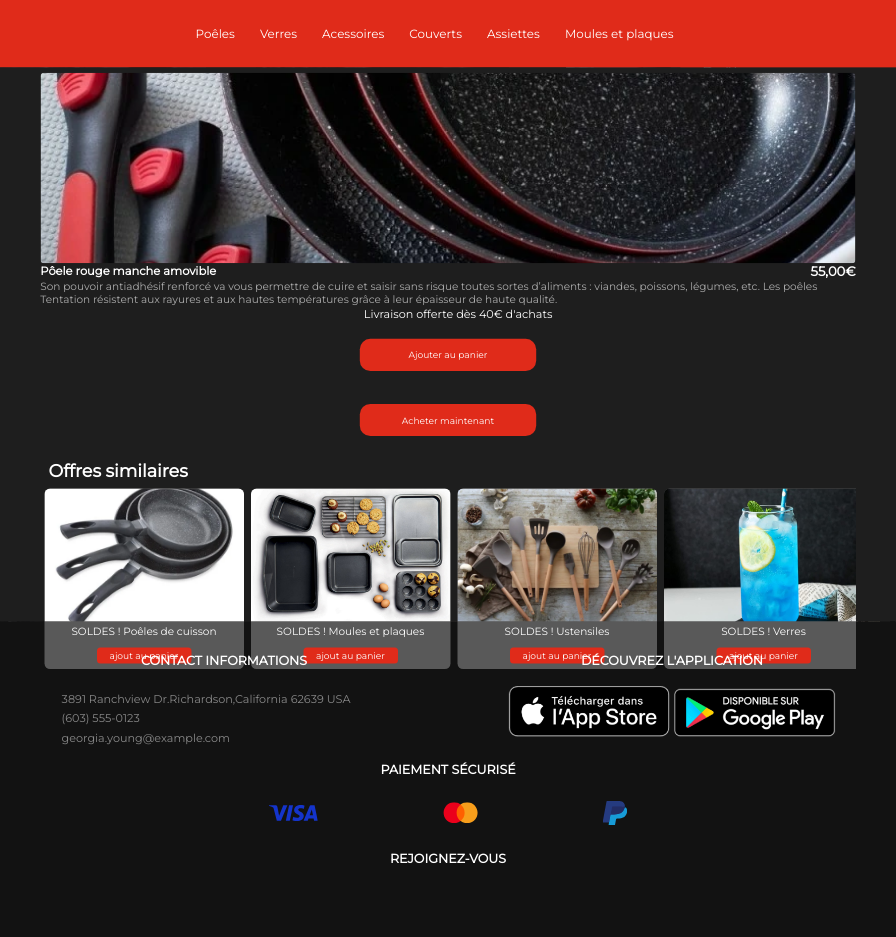
Repository: Juannpl/Luxury-Kicthen
Page: html/page_produits.html
An editor plug-in stored every save of this project. The page is shown before and after the next save, followed by the edit.
The browser window is 1280 px wide. The pictures show the whole page, at 70% of full size.
Some icons come from a web library that is not loaded, so they are not drawn.

Above is the page before, as saved 2023-02-16 10:37:16.

### html/page_produits.html
<!DOCTYPE html>
<html lang="fr">

<head>
    <meta charset="UTF-8">
    <meta http-equiv="X-UA-Compatible" content="IE=edge">
    <meta name="viewport" content="width=device-width, initial-scale=1.0">

    <link rel="stylesheet" href="../css/page_produits.css">
    <script src="https://unpkg.com/boxicons@2.1.4/dist/boxicons.js"></script>

    <title>Mon Panier</title>
</head>

<body>
    <header class="header">
        <nav class="nav_container row">
            <div class="logo">
                <p>LUXURY KITCHEN</p>
                <box-icon name='chevron-left' type='solid' color='#ffffff' size="lg"></box-icon>
            </div>
            <div class="barre_categorie">
                <ul class="row">
                    <li><a href="#">Poêles</a></li>
                    <li><a href="#">Verres</a></li>
                    <li><a href="#">Acessoires</a></li>
                    <li><a href="#">Couverts</a></li>
                    <li><a href="#">Assiettes</a></li>
                    <li><a href="#">Moules et plaques</a></li>
                </ul>
            </div>
            <div class="nav_list">
                <ul class="row">
                    <li class="items_list">
                        <box-icon name='shopping-bag' color='#ffffff' size='1.7rem'></box-icon>
                    </li>
                    <li class="items_list">
                        <box-icon name='user-circle' type='solid' color='#ffffff' size='1.7rem'></box-icon>
                    </li>
                    <a id="openBtn">
                        <li class="items_list">
                            <box-icon name='menu' color='#ffffff' size=2.2rem></box-icon>
                        </li>
                    </a>
                </ul>
            </div>
        </nav>
        <div id="transparent"></div>
        <section id="barre_categorie_mobile">
            <div id="closeBtn">
                <box-icon name='x' color='#ffffff' size='3rem'></box-icon>
            </div>
            <div class="nav_contents row">
                <div>
                    <ul class="row">
                        <li><a href="#">Poêles</a></li>
                        <li><a href="#">Verres</a></li>
                        <li><a href="#">Acessoires</a></li>
                        <li><a href="#">Couverts</a></li>
                        <li><a href="#">Assiettes</a></li>
                        <li><a href="#">Moules et plaques</a></li>
                    </ul>
                </div>
                <div>
                    <p class="opacityy">
                        Devenez membre pour accéder au meilleur des produits.
                    </p>
                </div>
                <div>
                    <button type="button" class="btn-black">Nous rejoindre</button>
                </div>
                <div>
                    <button type="button" class="btn-clear">S'identifier</button>
                </div>
                <div class="items">
                    <div class="roww">
                        <box-icon name='shopping-bag' color='#ffffff' size='1.7rem'></box-icon>
                        <p>Panier</p>
                    </div>
                    <div class="roww">
                        <box-icon type='solid' name='package' color='#ffffff' size='1.7rem'></box-icon>
                        <p>Commande</p>
                    </div>
                    <div class="roww">
                        <box-icon name='user-circle' type='solid' color='#ffffff' size='1.7rem'></box-icon>
                        <p>Mon profil</p>
                    </div>
                </div>
                <div class="reseaux row">
                    <div class="sociaux">
                        <box-icon name='facebook-circle' type='logo' color='#ffffff'></box-icon>
                    </div>
                    <div class="sociaux">
                        <box-icon name='twitter' type='logo' color='#ffffff'></box-icon>
                    </div>
                    <div class="sociaux">
                        <box-icon name='instagram-alt' type='logo' color='#ffffff'></box-icon>
                    </div>
                </div>
            </div>
        </section>
        <!-- FIN DE LA BARRE DE NAVIGATION MOBILE -->
    </header>
    <main>
        <section class="tout">
            <div class="wrap"></div>
            <div class="picture"><img src="../img/poêle/poele1.webp" alt="POÊLE"></div>
            <div class="texte">
                <div class="nom_du_produit">
                    <h3>Pôele rouge manche amovible</h3>
                </div>
                <div class="price">
                    <h3>55,00€</h3>
                </div>
                <div class="descriptif opacityy">
                    Son pouvoir antiadhésif renforcé va vous permettre de cuire et saisir sans risque toutes sortes
                    d’aliments : viandes, poissons, légumes, etc. Les poêles Tentation résistent aux rayures et aux
                    hautes
                    températures grâce à leur épaisseur de haute qualité.
                </div>
            </div>
            <div class="buy">
                <div class="sentence">
                    <box-icon type='solid' name='truck' color="white"></box-icon>
                    <p>Livraison offerte dès 40€ d'achats</p>
                </div>
                <button class="unique">
                    <p>Ajouter au panier</p>
                </button>
                <button class="unique">
                    <p>Acheter maintenant</p>
                </button>
            </div>
            <div class="swipe">
                <div class="titre">
                    <h1>
                        Offres similaires
                    </h1>
                </div>
                <div class="containeer">
                    <div class="card">
                        <div class="controlee">
                            <img src="../img/poêle/poele10.webp" alt="poele" class="top_img">
                        </div>
                        <div class="descr_panier_top">
                            <div class="text_panier">
                                <p>SOLDES ! Poêles de cuisson</p>
                            </div>
                            <div class="panier_prix">
                                <div class="ajout_panier">
                                    <form action="#">
                                        <a href="#"><button type="submit">
                                                <p class="p_botton">ajout au panier</p>
                                            </button></a>
                                    </form>
                                </div>
                            </div>
                        </div>
                    </div>
                    <div class="card">
                        <div class="controlee">
                            <img src="../img/moules/moule1.jpg" alt="poele" class="top_img">
                        </div>
                        <div class="descr_panier_top">
                            <div class="text_panier">
                                <p>SOLDES ! Moules et plaques</p>
                            </div>
                            <div class="panier_prix">
                                <div class="ajout_panier">
                                    <form action="#">
                                        <a href="#">
                                            <button type="submit">
                                                <p class="p_botton">ajout au panier</p>
                                            </button>
                                        </a>
                                    </form>
                                </div>
                            </div>
                        </div>
                    </div>
                    <div class="card">
                        <div class="controlee">
                            <img src="../img/accessoire/accessoire2.webp" alt="poele" class="top_img">
                        </div>
                        <div class="descr_panier_top">
                            <div class="text_panier">
                                <p>SOLDES ! Ustensiles</p>
                            </div>
                            <div class="panier_prix">
                                <div class="ajout_panier">
                                    <form action="#">
                                        <a href="#">
                                            <button type="submit">
                                                <p class="p_botton">ajout au panier</p>
                                            </button>
                                        </a>
                                    </form>
                                </div>
                            </div>
                        </div>
                    </div>
                    <div class="card">
                        <div class="controlee">
                            <img src="../img/verres/verre10.jpg" alt="verre" class="top_img">
                        </div>
                        <div class="descr_panier_top">
                            <div class="text_panier">
                                <p>SOLDES ! Verres</p>
                            </div>
                            <div class="panier_prix">
                                <div class="ajout_panier">
                                    <form action="#">
                                        <a href="#">
                                            <button type="submit">
                                                <p class="p_botton">ajout au panier</p>
                                            </button>
                                        </a>
                                    </form>
                                </div>
                            </div>
                        </div>
                    </div>
                    <div class="card">
                        <div class="controlee">
                            <img src="../img/couverts/couvert1.png" alt="poele" class="top_img">
                        </div>
                        <div class="descr_panier_top">
                            <div class="text_panier">
                                <p>SOLDES ! Couverts</p>
                            </div>
                            <div class="panier_prix">
                                <div class="ajout_panier">
                                    <form action="#">
                                        <a href="#"><button type="submit">
                                                <p class="p_botton">ajout au panier</p>
                                            </button></a>
                                    </form>
                                </div>
                            </div>
                        </div>
                    </div>
                </div>
            </div>
        </section>
    </main>
    <footer>
        <div class="container-footer">
            <div class="container-footer-tablet">
                <div class="contact-infos">
                    <h3>CONTACT INFORMATIONS</h3>
                    <p>
                        <box-icon name='been-here' type='solid' color='#ffffff'></box-icon>3891 Ranchview
                        Dr.Richardson,California 62639 USA
                    </p>
                    <p>
                        <box-icon type='solid' name='phone' color='#ffffff'></box-icon>(603) 555-0123
                    </p>
                    <p>
                        <box-icon type='solid' name='envelope' color='#ffffff'></box-icon>georgia.young@example.com
                    </p>
                </div>
                <div class="download">
                    <h3>DÉCOUVREZ L'APPLICATION</h3>
                    <a href=""><img src="../img/footer/App-Store-picto-300x94.png" class="picto" id="apple"
                            alt="Le pictogramme de l'apple store"></a>
                    <a href=""><img src="../img/footer/Google-Play-picto-300x89.png" class="picto"
                            alt="Le pictogramme de google play"></a>
                </div>
            </div>
            <div class="paiement">
                <h3>PAIEMENT SÉCURISÉ</h3>
                <div class="logos-paiement">
                    <img src="../img/footer/Visa_2021.svg" class="logos" id="visa" alt="Le logo de visa">
                    <img src="../img/footer/Mastercard_2019_logo.svg" class="logos" id="mastercard"
                        alt="Le logo de mastercard">
                    <img src="../img/footer/PayPal_Logo_Icon_2014.svg" class="logos" id="paypal"
                        alt="Le logo de paypal ">
                </div>
            </div>
            <div class="social-media">
                <h3>REJOIGNEZ-VOUS</h3>
                <box-icon name='facebook-circle' type='logo' color='#ff0800'></box-icon>
                <box-icon name='twitter' type='logo' color='#ff0800'></box-icon>
                <box-icon name='instagram-alt' type='logo' color='#ff0800'></box-icon>
            </div>
        </div>
    </footer>
    <script src="../script.js"></script>
</body>

</html>

### css/page_produits.css
/*

    GENERAL

*/

@import url('https://fonts.googleapis.com/css2?family=Montserrat&family=Roboto&display=swap');

:root{
    --rougelinear: rgba(224, 43, 26, 1);
    --rougetext: #E02B1A;
    --blanc: #fff;
    --noirclair: #1E1E1E;
    --noir: #121212;
    --gris: #595959;
}

*/*,
*::after,
*::before*/{
    margin: 0;
    padding: 0;
    box-sizing: inherit;
    list-style: none;
    text-decoration: none;
    font-family: 'Montserrat', 'sans-serif';
}

html{
    width: 100%;
    overflow-x: hidden;
}

main img{
    width: 100%;
    height: 100%;
    object-fit: cover;
    border-radius: 5px;
}

/*

    HEADER

*/

.header{
    background-color: var(--rougelinear);
    height: 6rem;
    display: grid;
    align-items: center;
    position: relative;
}

.logo{
    color: var(--blanc);
    font-size: 0.9em;
    font-weight: 600;
    text-align: center;
    padding-left: 5%;
    display: flex;
}

.logo p{
    display: none;
}

.barre_categorie{
    display: none;
}

#closeBtn{
    position: absolute;
    top: 5%;
    right: 10%;
    cursor: pointer;
}

#barre_categorie_mobile{
    color: var(--blanc);
    width: 308px;
    position: absolute;
    z-index: -1;
    top: 0;
    right: 0;
    background-color: var(--rougelinear);
    transition: left 0.5s ease;
    display: flex;
    align-items: center;
    flex-direction: column;
    box-shadow: 0px 4px 4px 0px rgba(0, 0, 0, 0.25);
}

/* Active class */
#barre_categorie_mobile.active{
    z-index: 3;
}

#transparent.active{
    z-index: 2;
}

#transparent{
    position: fixed;
    top: 0;
    right: 0;
    width: 100%;
    height: 100vh;
    z-index: -1;
    background: rgba(255, 255, 255, 0.28);
    backdrop-filter: blur(3.8px);
    -webkit-backdrop-filter: blur(3.8px);
}

.reseaux{
    justify-content: center;
}

.sociaux{
    padding: 2% ;
}

#barre_categorie_mobile ul{
    flex-direction: column;
}

#barre_categorie_mobile ul a{
    color: var(--blanc);
    font-weight: 550;
    font-size: 23px;
}

#barre_categorie_mobile ul li{
    margin: 15px 0px;
}

.nav_container{
    justify-content: space-between;
    /* text-align: center; */
    align-items: center;
}

.row{
    display: flex;
}

.items_list{
    padding: 0 0.5rem;
    height: auto;
    display: grid;
    align-items: center;
    cursor: pointer;
}

.nav_list{
    padding-right: 3%;
}

.nav_contents{
    width: 80%;
    flex-direction: column;
    margin-top: 20%;
}

.nav_contents div{
    margin: 5% 0;
}

.btn-black{
    width: 171px;
    height: 35px;
    background-color: var(--noir);
    color: var(--blanc);
    border: 0px;
    border-radius: 20px;
    font-family: Montserrat;
    font-size: 18px;
}

.btn-clear{
    border: 1.7px solid var(--blanc);
    color: var(--blanc);
    background-color: transparent;
    width: 133px;
    height: 33px;
    border-radius: 20px;
    font-family: Montserrat;
    font-size: 18px;
}

.roww{
    display: flex;
    align-items: center;
    margin: 5% 0;
}

.opacityy{
    opacity: 63%;
}

.items p{
    margin-left: 5%;
}

/* desktop = 1224px, tablette = 768px */
/* BARRE DE ATEGORIE EN RESPONSIVE */

@media only screen and (min-width: 768px){
    .logo{
        font-size: 20px;
    }
}

@media only screen and (min-width: 1224px){
    .descr_panier_top .text_panier p{
        font-size: 18px;
    }

    .text_panier p{
        font-size: 13px;
    }

    .barre_categorie_mobile{
        display: none;
    }

    .barre_categorie{
        display: revert;
        width: 70%;
    }

    .barre_categorie li{
        padding: 0% 2%;
    }

    .barre_categorie a{
        color: var(--blanc);
        font-weight: 500;
        font-size: 17px;
    }

    .nav_list {
        padding-right: 0;
    }

    .logo {
        padding-left: 0;
    }

    .row {
        justify-content: center;
    }

    #openBtn{
        display: none;
    }
}

/*

    MAIN

*/

main{
    display: flex;
    flex-direction: column;
    background-color: var(--noirclair);
    justify-content: center;
    align-items: center;
    color: var(--blanc);
    height: 110vh;
}

.tout{
    width: 91%;
    height: 98%;
    display: flex;
    justify-content: space-between;
    flex-direction: column;
}

.picture{
    width: 100%;
    height: 35%;
}

.nom_du_produit{
    width: 75%;
    font-size: 14px;

    display: flex;
    align-items: center;
}

.price{
    width: 25%;

    display: flex;
    justify-content: flex-end;
    align-items: center;
}

.descriptif{
    width: 100%;
    font-size: 15px;
}

.texte{
    display: flex;
    flex-wrap: wrap;
    height: 17%;
}

.buy{
    display: flex;
    flex-direction: column;
    align-items: center;
}

.sentence{
    display: flex;
    flex-direction: row;
    align-items: center;
}

.sentence p{
    margin-left: 5px;
}

.unique{
    padding: 1% 5%;
    margin: 2% 0%;
    border-radius: 15px;
}

/*

    SWIPE

*/

.controlee{
    width: 285px;
}

.descr_panier_top{
    display: flex;
    align-items: center;
    flex-direction: column;
}

.descr_panier_top .text_panier p{
    font-family: Montserrat;
    font-size: 15px;
    font-weight: 500;
}

.card img {
    height: 190px;
    object-fit: cover;
    width: 100%;
    border-radius: 8px 8px 0 0;
}

/*

    SWIPE

*/

.titre{
    height: 23px;
    /* width: 356px; */
    color: var(--blanc);
    margin: 1%;
    /* padding-bottom: 3%; */
}

.titre h1{
    font-family: Montserrat;
    font-size: 25px;
    font-weight: 00;
}

.controle{
    width: 206px;
}

.containeer {
    -ms-overflow-style: none;
    scrollbar-width: none;
    width: auto;
    overflow-y: hidden;
    overflow-x: scroll;
    display: flex;
    align-items: stretch;
    scroll-snap-type: x mandatory;
}

.containeer::-webkit-scrollbar {
    display: none;
}

.containeer .card {
    background-color: #595959;
    border-radius: 8px;
    color: #fff;
    margin: 5px;
    height: 100%;
}

.containeer .card .content {
    position: absolute;
    bottom: 10px;
    padding: 20px;
    page-break-after: 20px;
    text-align: center;
}

button {
    background: #E02B1A;
    border: none;
    border-radius: 5px;
    height: 23px;
    width: 135px;
    color: white;
    font-size: 13px;
    font-weight: 500;
}

.card img {
    height: 190px;
    object-fit: cover;
    width: 100%;
    border-radius: 8px 8px 0 0;
}

.descr_panier {
    padding: 3%;
}

.text_panier p {
    font-family: 'Montserrat';
    font-style: normal;
    font-weight: 500;
    font-size: 11px;
    color: #FFFFFF;
}

.prix {
    display: flex;
    align-items: center;
}

.panier_prix {
    display: flex;
    align-items: center;
    justify-content: space-between;
    padding: 5% 0 3% 0;
}


/* ---------- Footer ---------- */



footer{
    width: 100%;
    align-items: center;
    font-family: 'Montserrat', sans-serif;
}

.container-footer{
    height: 400px;
    display: flex;
    flex-direction: column;
    padding-top: 20px;
    background-color: #121212;
    color: white;
    font-size: 1.2rem;
}

.contact-infos{
    display: none;
}

.contact-infos p{
    font-size: 16px;
    color: rgb(255, 255, 255, .5);
}

.container-footer h3{
    text-align: center;
    margin: 25px 0 25px 0;
    font-size: 18px;
}

.download{
    text-align: center;
}

.picto{
    width: 30%;
}

.logos-paiement{
    width: 60%;
    height: 50px;
    display: flex;
    justify-content:space-between;
    align-items: center;
    margin: auto;
}

#visa{
    width: 70px;
    height: 95px;
}

#mastercard{
    width: 70px;
    height: 30px;
}

#paypal{
    width: 35px;
    height: 35px;
}

.social-media{
    text-align: center;
    margin-top: 5px;
}

@media only screen and (min-device-width : 768px){

    /* ---------- Footer ---------- */

    .container-footer{
        height: 430px;
    }

    .container-footer-tablet{
        display: flex;
        justify-content: space-around;
    }

    .contact-infos{
        width: 40%;
        display: flex;
        flex-direction: column;
        text-align:left;
    }

    .download{
        width: 40%;
    }

    .picto{
        width: 45%
    }

    .logos-paiement{
        width: 40%;
    }
}

@media only screen and (min-device-width : 1224px){

    /* ---------- Footer ---------- */

        .logos-paiement{
            width: 20%;
        }

        .paiement h3{
            padding-top: 1%
        }
}

### script.js
var navMobile = document.getElementById("barre_categorie_mobile");
var transparent = document.getElementById("transparent");
var openBtn = document.getElementById("openBtn");
var closeBtn = document.getElementById("closeBtn");

openBtn.onclick = openNav;
closeBtn.onclick = closeNav;

/* Set the width of the side navigation to 250px */
function openNav() {
  navMobile.classList.add("active");
  transparent.classList.add("active");
}

/* Set the width of the side navigation to 0 */
function closeNav() {
  navMobile.classList.remove("active");
  transparent.classList.remove("active");
}

After the next save:
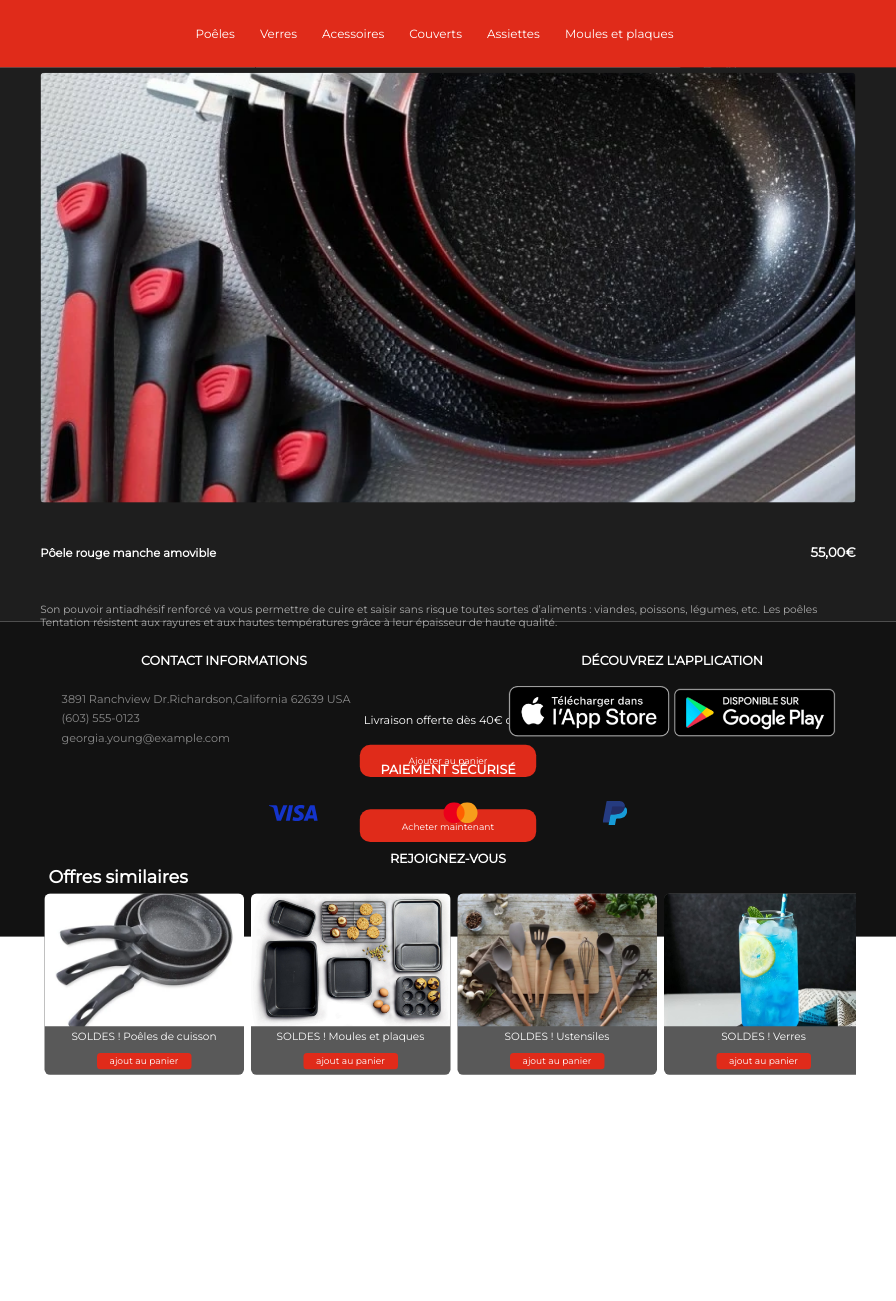
Saved 4 s later.
--- a/html/page_produits.html
+++ b/html/page_produits.html
@@ -103,7 +103,7 @@
     </header>
     <main>
         <section class="tout">
-            <div class="wrap"></div>
+            <div class="wrap">
             <div class="picture"><img src="../img/poêle/poele1.webp" alt="POÊLE"></div>
             <div class="texte">
                 <div class="nom_du_produit">
